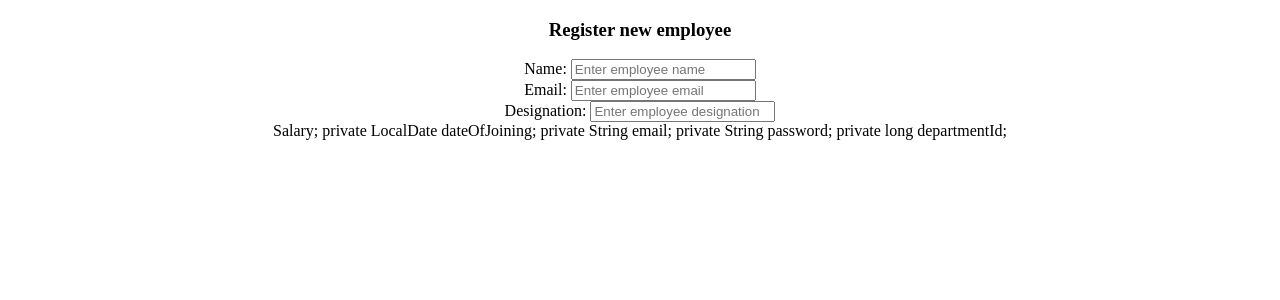
Repository: ArmanAli-cmd/EmployeeProjectDepartmentApplication
Page: http://localhost/EmployeeProjectDepartmentMVCApplication/views/employee-signup.jsp
These files come from the project's save history. The page is drawn as it stood at one moment and after the next save; the edit follows.
The browser window is 1280 px wide. The pictures show the whole page.
The page is served by Tomcat 9.

Above is the page before, as saved 2024-01-17 10:23:11.

After the next save:
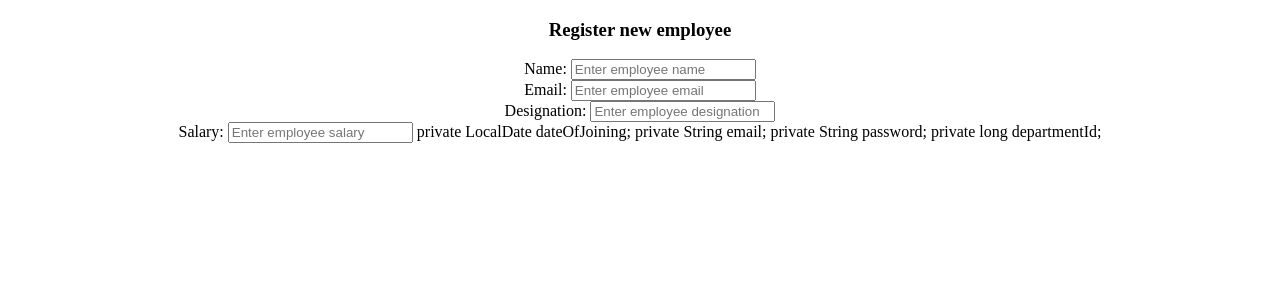
Saved 37 s later.
--- a/EmployeeProjectDepartmentMVCApplication/src/main/webapp/views/employee-signup.jsp
+++ b/EmployeeProjectDepartmentMVCApplication/src/main/webapp/views/employee-signup.jsp
@@ -12,7 +12,7 @@
 Name: <input type="text" name="name" placeholder="Enter employee name" required><br>
 Email: <input type="text" name="email" placeholder="Enter employee email" required><br>
 Designation: <input type="text" name="designation" placeholder="Enter employee designation" required><br>
-Salary;
+Salary: <input type="text" name="salary" placeholder="Enter employee salary">
 	private LocalDate dateOfJoining;
 	private String email;
 	private String password;
